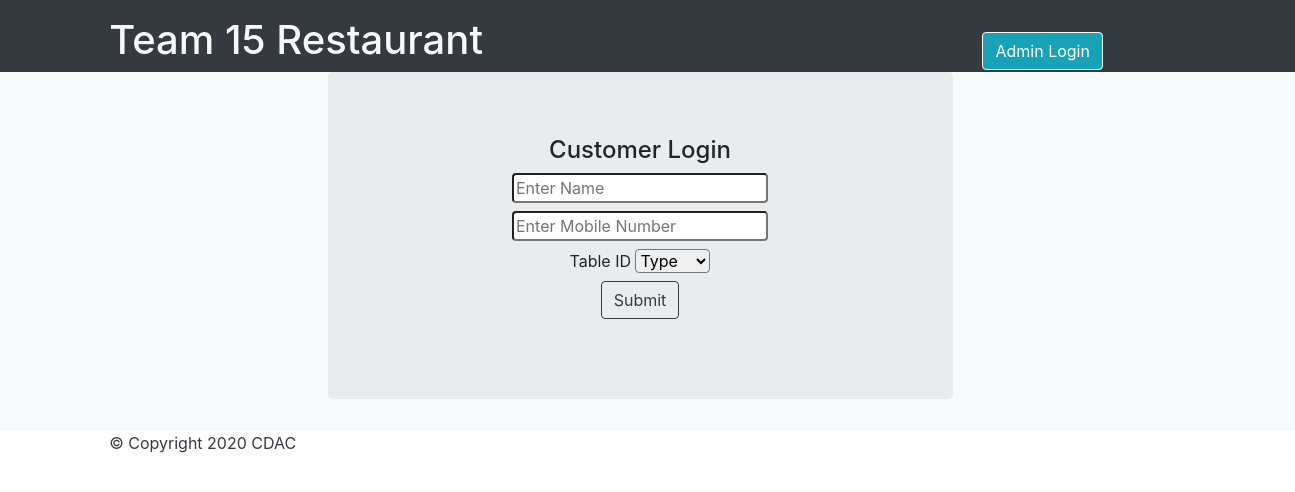
Repository: Pedaxx-IT-solution/E-Waiter-Stuff-
Page: http://localhost/ProjectEwaiter/WEB-INF/views/index.jsp
These files come from the project's save history. The page is drawn as it stood at one moment and after the next save; the edit follows.
The browser window is 1280 px wide. The page is 1295 px wide, so the pictures cover 1295 px, including what lies to the right of the window. The pictures show the whole page.
The page is served by Tomcat 9. Nobody is signed in. Other server files are loaded and not shown. The template is opened directly, without the code that normally fills it, so the values that code supplies are empty.

Above is the page before, as saved 2020-01-24 07:40:34.

### MyProject/ProjectEwaiter/src/main/webapp/WEB-INF/views/index.jsp
<%@ page language="java" contentType="text/html; charset=ISO-8859-1"
	pageEncoding="ISO-8859-1"%>
<!DOCTYPE html>
<html>
<head>
<meta charset="ISO-8859-1">
<title>Customer Login Page</title>

<link
	href="https://stackpath.bootstrapcdn.com/bootstrap/4.4.1/css/bootstrap.min.css"
	rel="stylesheet"
	integrity="sha384-Vkoo8x4CGsO3+Hhxv8T/Q5PaXtkKtu6ug5TOeNV6gBiFeWPGFN9MuhOf23Q9Ifjh"
	crossorigin="anonymous">


<script>
     function Project()
	{
		var Name = document.forms["myForm"]["name"];
		var TableID = document.forms["myForm"]["table_id"];
		var MobileNo = document.forms["myForm"]["mobile_no"];

		if(Name.value == "")
		{
			window.alert("Please enter your name.");
			Name.focus();
			return false;
		}
        if(MobileNo.value == "")
		{
			window.alert("Please enter your Mobile No.");
			MobileNo.focus();
			return false;
		}

		if(TableID.value == "0")
		{
			window.alert("Please enter Table No.");
			TableID.focus();
			return false;
		}




	}
</script>
</head>
<body>
	<div class="container-flud  ">

		<div class="row bg-dark pt-3">
				<div class="col-1 "></div>
				<div class="col-8  text-light ">
					<h1>Team 15 Restaurant</h1>
				</div>
				<div class="col-3 txt-light pt-3">
						<a href="/user/" class="btn btn-info border-light" role="button">Admin Login</a>
				</div>
		</div>

		<div class="row bg-light">
			<div class="col-3"></div>
			<div class="col-6" align="center">
				<div class="jumbotron">
					<h4>Customer Login </h4>
					<form action="custLogin" name="myForm" onsubmit="return Project()"  method="post">
						<input type="text" class="mb-2 rounded" name="name"  placeholder="Enter Name"><br>
						<input type="text" maxlength="10" pattern="[0-9]{10}" class="mb-2 rounded" name="mobile_no" placeholder="Enter Mobile Number" ><br>
												<p>
							Table ID <select class="rounded mb-2"
								name="table_id">
								<option value="0">Type</option>
								<option value="1">Table 1</option>
								<option value="2">table 2</option>
								<option value="3">table 3</option>
								<option value="4">table 4</option>
								<option value="5">table 5</option>
							</select> <br>

						<input type="submit" class="btn rounded text-dark border-dark" value="Submit"><br>

				</div>
			</div>
			<div class="col-3"></div>
		</div>

		<div class="row ">
			<div class="col-1 "></div>
			<div class="col-11 text-dark ">
				<footer>&copy; Copyright 2020 CDAC</footer>
			</div>
		</div>
	</div>

</body>
</html>

After the next save:
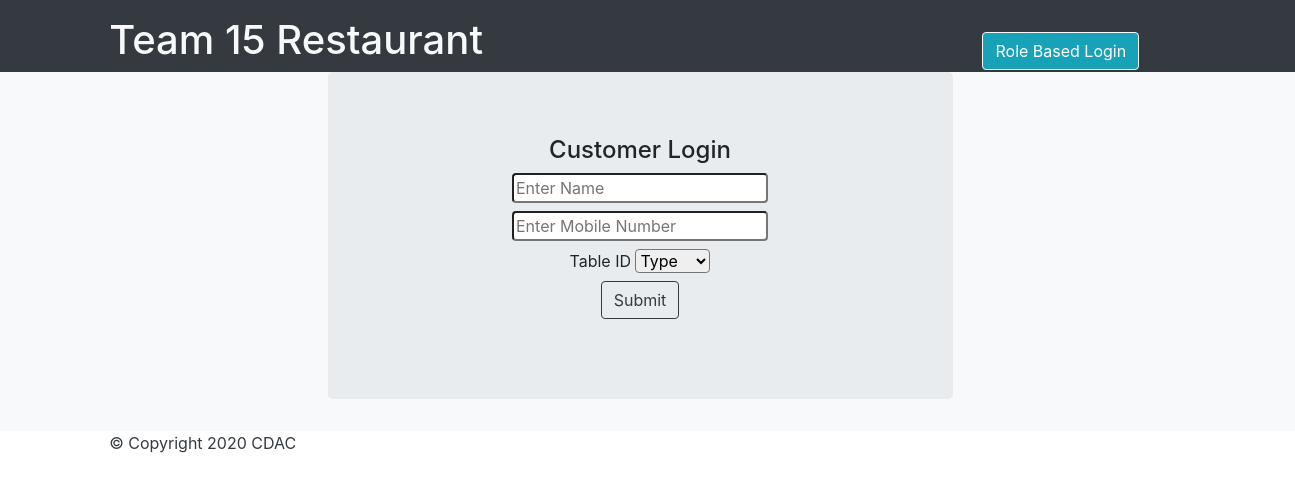
Saved 17 s later.
--- a/MyProject/ProjectEwaiter/src/main/webapp/WEB-INF/views/index.jsp
+++ b/MyProject/ProjectEwaiter/src/main/webapp/WEB-INF/views/index.jsp
@@ -55,7 +55,7 @@
 					<h1>Team 15 Restaurant</h1>
 				</div>
 				<div class="col-3 txt-light pt-3">
-						<a href="/user/" class="btn btn-info border-light" role="button">Admin Login</a>
+						<a href="/user/" class="btn btn-info border-light" role="button">Role Based Login</a>
 				</div>
 		</div>
 
